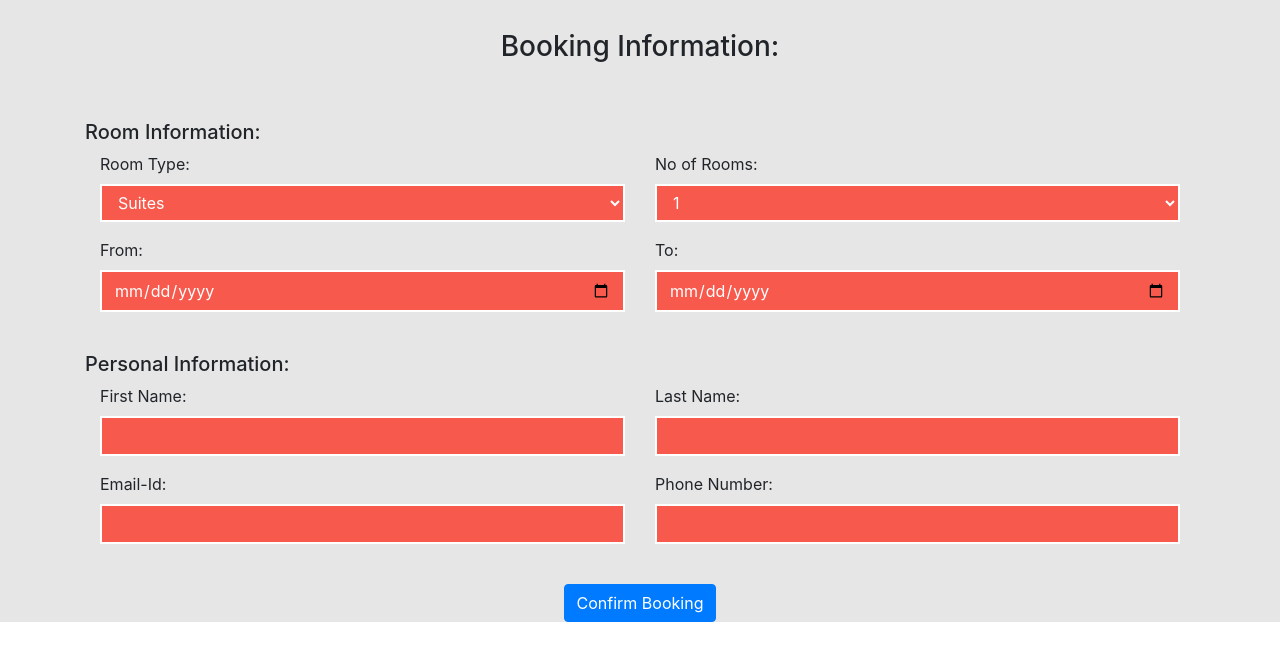
Repository: kapsky5/HotelManagement
Page: booking.html
An editor plug-in stored every save of this project. The page is shown before and after the next save, followed by the edit.
The browser window is 1280 px wide. The pictures show the whole page.

Above is the page before, as saved 2019-11-07 03:51:42.

### booking.html
<!DOCTYPE html>
<html lang="en">
<head>
    <meta charset="UTF-8">
    <meta name="viewport" content="width=device-width, initial-scale=1.0">
    <meta http-equiv="X-UA-Compatible" content="ie=edge">
    <title>RADISSON BLU</title>
    <link rel="stylesheet" href="css/main.css">
    <link rel="stylesheet" href="https://maxcdn.bootstrapcdn.com/bootstrap/4.0.0/css/bootstrap.min.css" integrity="sha384-Gn5384xqQ1aoWXA+058RXPxPg6fy4IWvTNh0E263XmFcJlSAwiGgFAW/dAiS6JXm" crossorigin="anonymous">
</head>
<body>
    <div class="containerz">
        <div class="container">
            <div class="header" style="padding-top: 30px;">
                <div class="text-center">
                    <h3>Booking Information:</h3>
                </div>
            </div>
            <br>
            <br>
            <form action="" method="POST">
                <h5>Room Information:</h5>
                <div class="row">
                    <div class="col-md-6">
                        <div class="form-group">
                            <label>Room Type:</label>
                            <select class="form-control" placeholder="Select-Room">
                                <option>Suites</option>
                                <option>Deluxe Rooms</option>
                                <option>King Rooms</option>
                                <option>Single</option>
                            </select>
                        </div>
                    </div>
                    <div class="col-md-6">
                        <div class="form-group">
                            <label>No of Rooms:</label>
                            <select class="form-control">
                                <option>1</option>
                                <option>2</option>
                                <option>3</option>
                                <option>4</option>
                            </select>
                        </div>
                    </div>
                    <div class="col-md-6">
                        <div class="form-group">
                            <label>From:</label>
                            <input class="form-control" type="date">
                        </div>
                    </div>
                    <div class="col-md-6">
                        <div class="form-group">
                            <label>To:</label>
                            <input class="form-control" type="date">
                        </div>
                    </div>
                </div>
                <br>
                <h5>Personal Information:</h5>
                <div class="row">
                    <div class="col-md-6">
                        <div class="form-group">
                            <label>First Name:</label>
                            <input class="form-control">
                        </div>
                    </div>
                    <div class="col-md-6">
                        <div class="form-group">
                            <label>Last Name:</label>
                            <input class="form-control">
                        </div>
                    </div>
                    <div class="col-md-6">
                        <div class="form-group">
                            <label>Email-Id:</label>
                            <input class="form-control" type="email">
                        </div>
                    </div>
                    <div class="col-md-6">
                        <div class="form-group">
                            <label>Phone Number:</label>
                            <input class="form-control">
                        </div>
                    </div>
                </div>
                <br>
                <div class="text-center">
                    <button class="btn btn-primary" type="submit">Confirm Booking</button>
                </div>
            </form>
        </div>
    </div>
</body>
</html>

### css/main.css
.fixed-top{
    position: absolute !important;
}
.carousel-item{
    height: 100vh;
    min-height: 300px;
    background: no-repeat center center scroll;
    -webkit-baackground-size: cover;
    background-size: cover;
    position: absolute;
}
.carousel-caption {
    top: 40% !important;
}
.carousel-caption h5{
    color: #ffffff;
    text-transform: uppercase;
    font-size: 35px;
    letter-spacing: 2px;
    margin-top:25px;
}
.navbar-light .nav-link{
    text-transform: uppercase;
    color: #ffffff !important;
    font-size: 15px;
    margin-left: 20px;
}
.navbar-light .navbar-brand{
    color: #ffffff !important;
    font-size: 30px;
    letter-spacing: 1px;
}
.nav-link:active, .nav-link:hover {
    color: #F75A4C !important;
}
.carousel-caption .btn {
    margin: 40px 20px;
    padding: 15px 30px;
    border-radius: 40px;
    background: #F75A4C;
    border: none;
    text-transform: uppercase;
    font-size: 18px;
}
.carousel-caption .btn:hover{
    background: #454244;
}
.fac{
    margin: 0 auto;
    font-size: 25px;
    letter-spacing: 1px;
}
.tabx h6{
    font-weight: 600 !important;
}
.nav-item.nav-link{
    color: rgb(192, 192, 192);
}
.nav-item.nav-link.active{
    color: #F75A4C !important;
    background-color: #ffffff !important;
}
#tabs .nav > a{
    border-radius: 0px;
    padding: 40px 1rem;
    border-bottom: 1px solid rgb(192, 192, 192);
}
#tabs .nav > a.active{
    border-bottom: 1px solid #F75A4C;
}
.containerx{
    padding: 40px;
}
.containerx p{
    font-size: 18px;
    line-height: 1.8;
    color: #848484;
}
.tabImg{
    max-width: 100%;
    height: 550px;
}
.heading{
    color: #F75A4C;
    text-transform: uppercase;
    margin-bottom: 20px;
}
.sub-heading{
    margin-top: 20px;
    font-size: 16px;
    color: rgb(192, 192, 192);
}
.foot{
    margin-top: 50px;
    background-color: #E6E6E6;
}
.rowinfoot{
    padding: 30px 0px;
}
.foo-head{
    font-size: 20px;
    color: #F75A4C;
    margin: 20px 0;
}
.foo-text{
    font-size: 16px;
    line-height: 1.5;
}
.foo-text li a{
    color: black;
    text-decoration: none;
}
.copyright {
    color: white;
    background: #554f53;
    justify-content: center;
}
.copyright p{
    margin-bottom: 0;
}
.image{
    width: 100%;
    height: 50vh;
}
.containerz{
    background-color: #E6E6E6;
}
.heading1{
    text-transform: uppercase;
    font-size: 24px;
    letter-spacing: 1px;
}
.room-img{
    width: 100%;
    height: 415px;
}
.card{
    border-radius: 0px !important;
}
.card-body{
    padding: 0px !important;
}
.head-room{
    color: #F75A4C;
    font-size: 22px;
    text-transform: uppercase;
    letter-spacing: 1px;
}
.card-body.row.col-md-5, .card-body.row.col-md-7, .card-body.row.col-md-6, .card-body.row.col-md-3{
    padding: 0px !important;
}

.containerz .imgx, .containerz .imgx{
    padding: 0px !important;
}
.dpt, .dpts{
    padding: 40px 50px !important;
}
.dpt p{
    font-size: 18px;
    line-height: 1.8;
    color: #848484;
}
.dpts p{
    font-size: 16px;
    line-height: 1.5;
    color: #848484;
}
.row{
    margin: 0px !important;
}
.card .btn{
    padding: 10px 30px;
    border-radius: 0px;
    background: #F75A4C;
    border: none;
    text-transform: uppercase;
    font-size: 18px;
}
.avail{
    color: white;
    margin-top: 40px !important;
    background-color: #F75A4C;
    padding: auto auto;
}
.form-control{
    background-color: #F75A4C !important;
    color: white !important;
    border-radius: 0 !important;
    border: 2px solid white !important;
}
input[type=date]::-webkit-inner-spin-button {
    -webkit-appearance: none;
    display: none;
}
.result .btn{
    margin: 10px 20px;
    padding: 15px 30px;
    border-radius: 40px;
    background: #F75A4C;
    border: none;
    text-transform: uppercase;
    font-size: 18px;
}

After the next save:
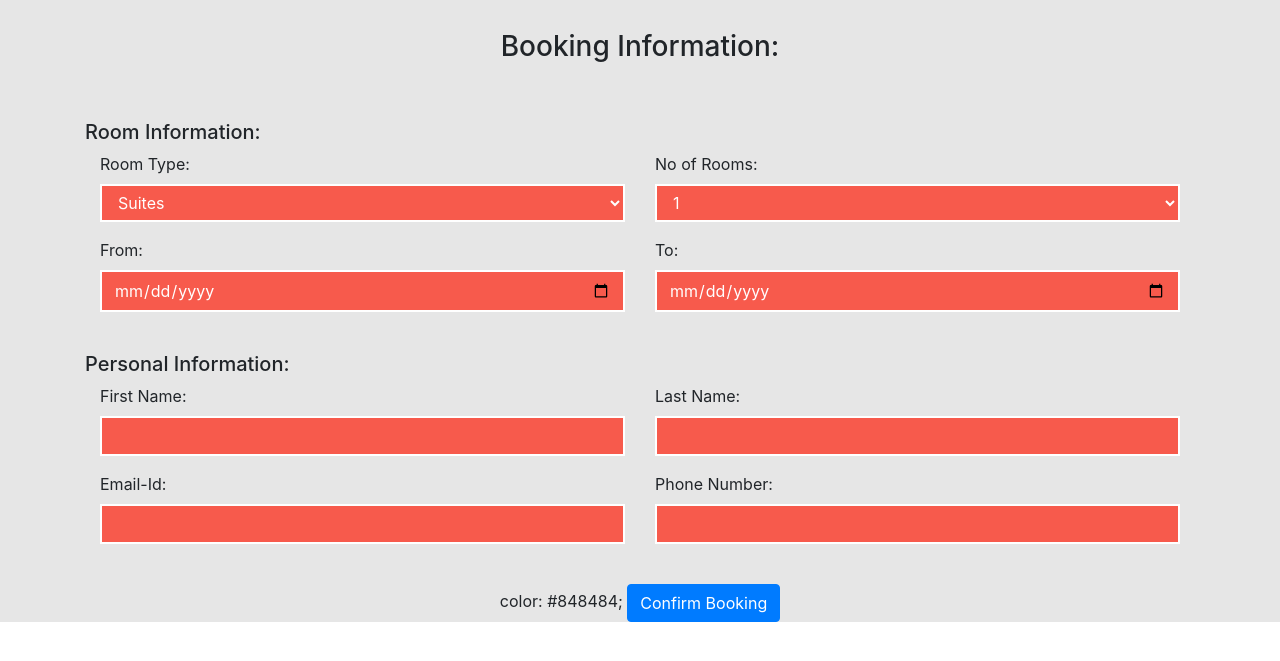
Saved 32 s later.
--- a/booking.html
+++ b/booking.html
@@ -86,7 +86,8 @@
                 </div>
                 <br>
                 <div class="text-center">
-                    <button class="btn btn-primary" type="submit">Confirm Booking</button>
+    color: #848484;
+    <button class="btn btn-primary" type="submit" style="background: ">Confirm Booking</button>
                 </div>
             </form>
         </div>
